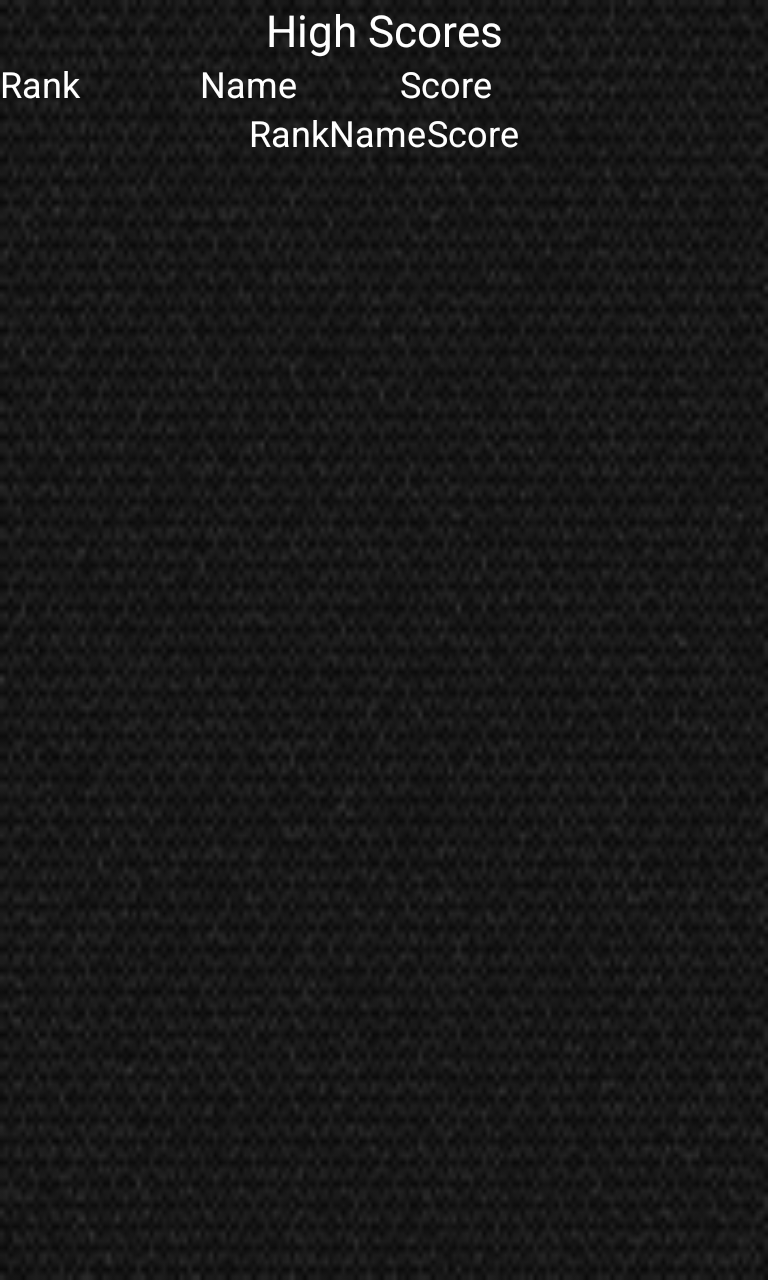
Repository: Tacohen/Killbots
Layout: Killbots/res/layout/high_scores.xml
The author's editor kept a copy of each file at every save. The layout is drawn from the files as they stood at one save, then again after the next save.
It is drawn on a 768 x 1280 px phone screen (xhdpi) without system bars, with theme AppTheme; the app's code is not run.

Above is the layout before, as saved 2013-12-08 01:44:47.

After the next save:
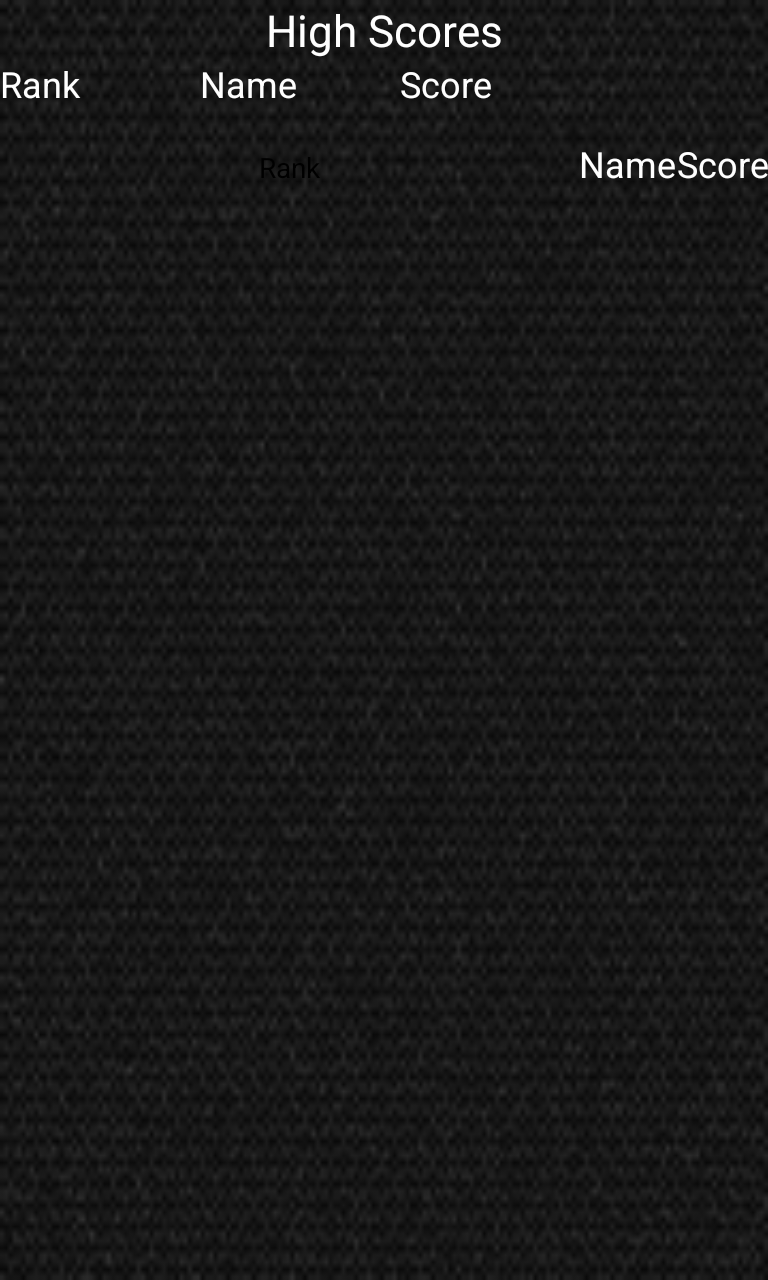
Saved 111 s later.
--- a/Killbots/res/layout/high_scores.xml
+++ b/Killbots/res/layout/high_scores.xml
@@ -56,12 +56,10 @@
 
         <TextView
             android:id="@+id/rankText"
-            android:layout_height="wrap_content"
-            android:layout_width="wrap_content"
             android:text="Rank"
-            android:textAppearance="?android:attr/textAppearanceMedium"
-            android:gravity="left_horizontal"
-            android:textColor="#FFFFFF" />
+            android:layout_weight="1"
+           android:textColor="#000000"
+           android:padding="20dip" android:gravity="center"/>
 
         <TextView
             android:id="@+id/nameText"
